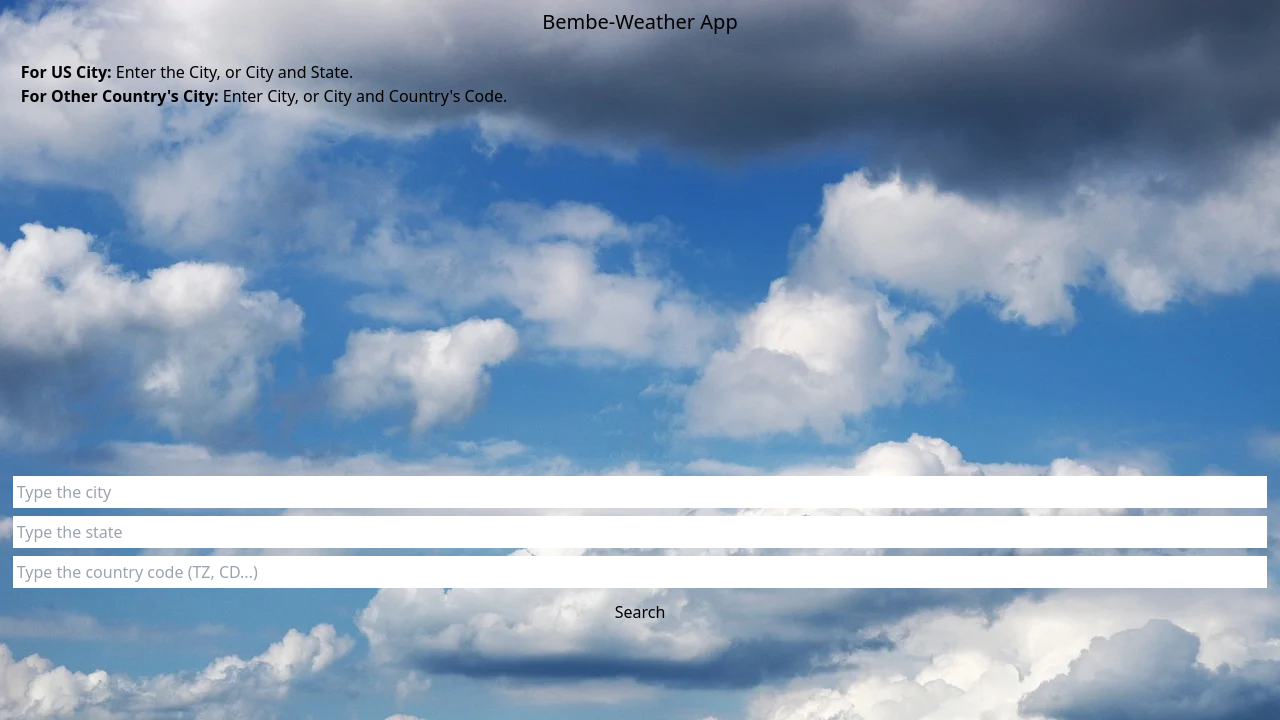
Repository: ShindanoSingi/bembe-weather
Page: /
The author's editor kept a copy of each file at every save. The page is drawn from the files as they stood at one save, then again after the next save.
The browser window is 1280 px wide. The pictures show the whole page.
The page's requests for data from a server got no answer. The project was rebuilt for these pictures with package versions that can differ from the ones it lists, and the page was loaded fresh each time. No one was signed in, and anything a server would have sent is missing.

Above is the page before, as saved 2022-09-14 23:41:56.

After the next save:
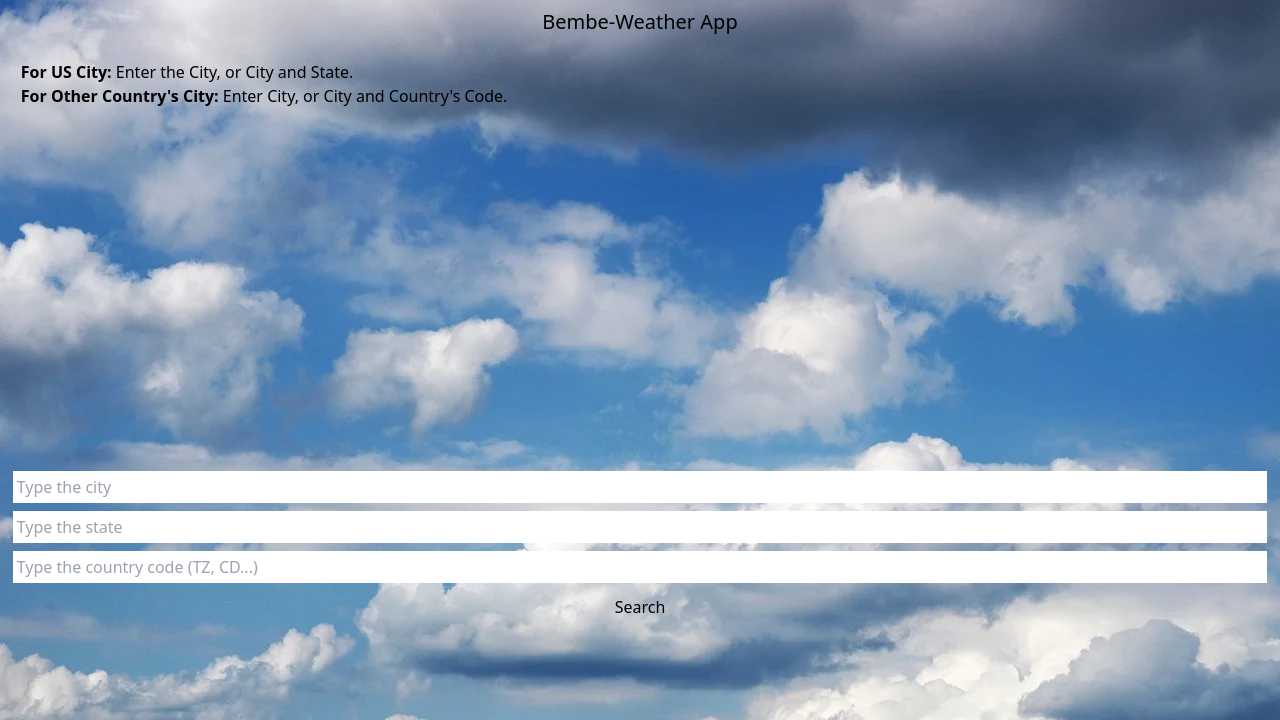
Saved 5 s later.
--- a/src/components/SearchForm.js
+++ b/src/components/SearchForm.js
@@ -10,7 +10,7 @@ const SearchForm = ({
   handleChangeCountry,
 }) => {
   return (
-    <div className="relative top-[18.5rem]">
+    <div className="relative top-[18.2rem]">
       <form className="form-container" onSubmit={handleSubmit} d-flex>
         <div className="flex flex-col items-center gap-2 form-container">
           <div className="flex flex-col gap-2">
